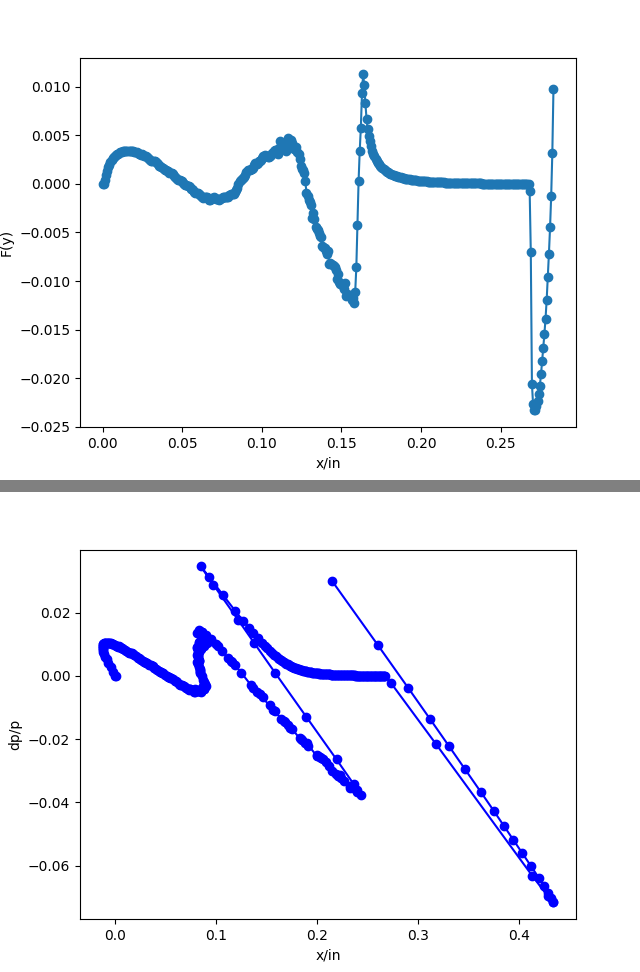
Repository: leiradom/Modified-linear-theory
Script's output: python 2_F_function.py
These files come from the project's save history. The script's output is drawn as it stood at one moment and after the next save; the edit follows.
Each picture stacks the figures in order, with grey between them; figures that are only written to a file come last. Random numbers start from a fixed seed.

Above is the script's output before, as saved 2021-04-09 10:55:52.

### 2_F_function.py
#本程序实现求解无升力构型的F函数
#同时求解出未经修正的压力信号
#F函数是无量纲的

import math
import numpy as np
import matplotlib.pyplot as plt


M = 1.7                    #输入马赫数
P0 = 101325                 #输入大气静压
gama = 1.4                  #比热比
B = math.sqrt(M * M - 1)    #修正因子
k = (1 / math.sqrt(2)) * (gama + 1) * M**4 * B**(-1.5)   #特征性系数k
r0 = 0.63072                      #r0为计算的位置  DWB为63.072  model1为20 2、3为10
con = (gama * M**2)/(math.sqrt(2 * B * r0))

volume = np.loadtxt("se.txt",dtype=np.float64)   #存放体积分布的数据文件
#Lift = np.loadtxt("volume.txt",dtype=np.float64)    #存放升力分布的数据文件
#cau = np.loadtxt("cauchy.txt",dtype=np.float64)      #积分含有哑元的存放

a = len(volume)        #a为b的长度
#print(a)              #检查文件长度

X = np.ones(a)     #存放x的数组
Y = np.ones(a)     #存放y的数组
Y0 = np.ones(a)    #存放含哑元的表达式的值


#提取体积分布数据中的两列数据
for i in range(0,a):
    c = volume[i][0]
    d = volume[i][1]
    #ca = cau[i][1]
    X[i] = c
    Y[i] = d
    #Y0[i] = ca

#print(X)
#print(Y)

#通过变上限积分求解F函数，积分使用梯形公式
F = np.ones(a, dtype=np.float64)   #产生一个长度为a的初始化数组
X1 = np.ones(a, dtype=np.float64)
delta_P = np.ones(a, dtype=np.float64)
X1[0] = 0.0        #强制F的第一个值为0
delta_P[0] = 0.0   #强制F的第一个值为0
F[0] = 0.0         #强制F的第一个值为0


for i in range(1,a):
    #内层积分，积到x
    s = 0
    for j in range(0,i-1):
        s0 =Y[j+1] * ((1 / math.sqrt(X[i]-X[j+1])) + Y[j] * (1 / math.sqrt(X[i]-X[j])) * (X[j + 1] - X[j]) / (2))
        #s0 = (((Y0[j+1] + Y0[j]) * (X[j + 1] - X[j])) / (2))    #第(j+1)个梯形的面积
        s = s0 + s    #S为最后的积分
    #内层积分，积到x
    F[i] = (1/(2 * math.pi)) * s / 1200   #乘以外面的一个
    #print(X[i],F[i])
    delta_P[i] = con * F[i]
    #print(delta_P[i])
    X1[i] = (B * r0 - k * F[i] * math.sqrt(r0) + X[i])
    #print(X1[i]-B * r0,delta_P[i])


#将计算结果输出


#绘制F函数的图像
plt.plot(X, F,'-o')
plt.xlabel("x/in")
plt.ylabel('F(y)')
plt.show()




X0 = np.zeros(a)
for i in range(1,a):
    X0[i] = X1[i] - B * r0

#绘制未修正的过压的图像
plt.plot(X0, delta_P,'-o',c='b')
plt.xlabel("x/in")
plt.ylabel('dp/p')
plt.show()

for i in range(1,a):
    print(X0[i],delta_P[i])

#delta_P = np.ones[a]    #储存过压的数组
#delta_P[i] = P0 * ((gama * M * M)/(math.sqrt(2 * B * r0))) * F[i]

### se.txt
0.0 0.0
0.00071150326 0.08476272949874927
0.0014230065 0.12621862033543882
0.0021345099 0.13317135113415343
0.0028460131 0.12929745575862278
0.0035575163 0.12546016913768077
0.0042690197 0.12098825114300815
0.0049805227 0.1292007264129916
0.0056920261 0.11165751586830149
0.0064035296 0.10032995753137214
0.0071150325 0.09804301882091118
0.007826536 0.09620108939184939
0.0085380394 0.0934503203486448
0.0092495428 0.09123649418380514
0.0099610453 0.10617769437960242
0.010672549 0.07961612372109338
0.011384052 0.07391044961621004
0.012095556 0.0710299239016933
0.012807059 0.0704651113895951
0.013518562 0.06812116661015297
0.014230065 0.058263821938152716
0.014941568 0.052007632081339655
0.015653072 0.06166608891264542
0.016364574 0.051455668556217915
0.017076079 0.04805883073116462
0.017787581 0.04590164869200585
0.018499086 0.045148806638085855
0.019210588 0.04429462046150946
0.019922091 0.04440320345005237
0.020633595 0.035998880136475474
0.021345098 0.024597666338979356
0.022056602 0.014968164971280949
0.022768104 0.016236776220819624
0.023479607 0.02464109953439039
0.024191111 0.03108549990469724
0.024902614 0.02040274354808968
0.025614118 0.01009640821846358
0.026325621 0.019092508819602404
0.027037123 0.007347448891730621
0.027748628 0.0017518055485576914
0.02846013 -0.004147870162510861
0.029171634 -0.012885181307652052
0.029883137 -0.006840728278485408
0.030594639 -0.011822877736363303
0.031306144 0.009124590470946282
0.032017648 0.006893210056294433
0.032729149 -0.0025354127825842603
0.033440653 -0.012251780541116995
0.034152158 -0.02021272331813039
0.034863658 -0.03333316776762746
0.035575163 -0.02465557726620633
0.036286667 -0.01569567099456137
0.036998171 -0.020006415639880464
0.037709672 -0.03101854039509067
0.038421176 -0.03335850379829769
0.039132681 -0.024458318170336002
0.039844181 -0.01811707163917251
0.040555686 -0.02572511970339385
0.04126719 -0.04254281491293951
0.041978691 -0.023937119825293243
0.042690195 -0.025980289726515678
0.0434017 -0.03526232553080319
0.044113204 -0.045651907818363285
0.044824705 -0.05833078144775315
0.045536209 -0.0347375077528601
0.046247713 -0.06184525084372896
0.046959214 -0.04465294432374398
0.047670718 -0.03419278309361567
0.048382223 -0.03310514349166895
0.049093727 -0.04177911456016522
0.049805228 -0.05654278156967707
0.050516732 -0.06890314509934924
0.051228236 -0.05597453059626776
0.051939737 -0.042651397901470156
0.052651241 -0.039223794896353206
0.053362746 -0.04509813457677605
0.054074246 -0.05800503248208763
0.054785751 -0.06979714503839954
0.055497255 -0.04528453537377369
0.05620876 -0.0616896152268195
0.05692026 -0.06841814108383713
0.057631765 -0.06706085372697104
0.058343269 -0.0550262391629644
0.05905477 -0.049577182854345855
0.059766274 -0.06366220618544918
0.060477778 -0.06869683742109932
0.061189279 -0.0570386438840496
0.061900783 -0.07591217701009761
0.062612288 -0.05754174506429637
0.063323788 -0.04341147882130732
0.064035296 -0.03629024448909116
0.064746797 -0.03557721619760829
0.065458298 -0.06885428275450187
0.066169806 -0.0758307397686935
0.066881306 -0.05852804054358669
0.067592807 -0.026823617604225518
0.068304315 -0.011176808954499262
0.069015816 -0.017686359117913462
0.069727316 -0.03915864510319067
0.070438825 -0.048245231528186786
0.071150325 -0.04407202533498117
0.071861833 -0.03684220801420984
0.072573334 -0.045479984753138664
0.073284835 -0.02280604702792936
0.073996343 -0.0019635423762623533
0.074707843 -0.0035796191890892885
0.075419344 -0.02004080025295482
0.076130852 -0.028298536531965065
0.076842353 -0.010400440586371466
0.077553853 -0.025071812055667827
0.078265361 -0.011902505261262068
0.078976862 0.008822367819482431
0.079688363 0.018670844880759745
0.080399871 0.004397611036165687
0.081111372 -0.01119309640276537
0.081822872 -0.011006695605767728
0.08253438 0.018947731501528838
0.083245881 0.04100455590853051
0.083957382 0.06447838831603249
0.08466889 0.08669627748932479
0.08538039 0.09423736604398861
0.086091898 0.06924880094619347
0.086803399 0.061150319717054334
0.0875149 0.060949441188234615
0.088226408 0.0599667651418569
0.088937908 0.07561900294103789
0.089649409 0.09882318759359597
0.090360917 0.10266521567175492
0.091072418 0.054394648112910164
0.091783918 0.05222117862546076
0.092495427 0.061045356161460805
0.093206927 0.050114668647666984
0.093918428 0.07093364698516912
0.094629936 0.10354835731192027
0.095341437 0.09913626854395705
0.096052937 0.04207228862922495
0.096764445 0.06596416554263246
0.097475946 0.09901139810713576
0.098187454 0.06013687849058843
0.098898955 0.06737574439377614
0.099610455 0.09987825229901048
0.100322 0.10557885919776468
0.1010335 0.0832107635569686
0.101745 0.06366582561838631
0.1024565 0.05586594760771259
0.103168 0.038203114804013054
0.1038795 0.04084530085863487
0.104591 0.059250117417461425
0.1053025 0.0798265937472443
0.106014 0.09453958869541568
0.1067255 0.1069723408841001
0.107437 0.0867759050143094
0.1081485 0.06386489443071293
0.10886 0.0013934816863599554
0.1095715 0.023381536867237443
0.110283 0.16352598075266211
0.1109945 0.21016237433384716
0.111706 -0.047360280171454765
0.1124175 0.03699060476514695
0.113129 0.0794827476168441
0.1138405 0.00646068781861588
0.114552 0.011473602456496111
0.1152635 0.15259529323884377
0.115975 0.22585261617901511
0.1166865 0.06214566377871198
0.117398 0.08131056125735117
0.1181095 -0.003818501763920481
0.118821 -0.03831169779249465
0.1195325 -0.012432752188758004
0.120244 0.04189493641466822
0.1209556 0.04971291159000303
0.1216671 -0.06549363925899149
0.1223786 -0.023689188668045664
0.1230901 -0.10563315069209131
0.1238016 -0.15641379500276426
0.1245131 -0.12079857475921806
0.1252246 -0.05640886255041488
0.1259361 -0.10671898057754495
0.1266476 -0.22096638169427757
0.1273591 -0.347013134233319
0.1280706 -0.18734184957409572
0.1287821 -0.21184541065632972
0.1294936 -0.18949541218026833
0.1302051 -0.19011071578208097
0.1309166 -0.39274466957654425
0.1316281 -0.08713784830946879
0.1323396 -0.25346888959953645
0.1330511 -0.30663835965837416
0.1337626 -0.23470212974559954
0.1344741 -0.19814585693452613
0.1351856 -0.21001759701582265
0.1358971 -0.21788986368545957
0.1366086 -0.20236249632314893
0.1373201 -0.3475379520112621
0.1380316 -0.21074148360614142
0.1387431 -0.19892403501914702
0.1394546 -0.24577759457744242
0.1401661 -0.23671091503369857
0.1408776 -0.1240922587451464
0.1415891 -0.40673377793444593
0.1423007 -0.2121711596219462
0.1430122 -0.21220735395151363
0.1437237 -0.20853362950561766
0.1444352 -0.1931329422966459
0.1451467 -0.19345869126226237
0.1458582 -0.2340868261437869
0.1465697 -0.3527137411320977
0.1472812 -0.11357780602071596
0.1479927 -0.3444252396729257
0.1487042 -0.243316380170388
0.1494157 -0.20095091747202976
0.1501272 -0.23768816193064607
0.1508387 -0.26492439489134695
0.1515502 -0.06562031941228133
0.1522617 -0.41663292705701466
0.1529732 -0.187088489267467
0.1536847 -0.22592500483800285
0.1543962 -0.18703419777321392
0.1551077 -0.19702383271957863
0.1558192 -0.2659197389530046
0.1565307 -0.16182484726542037
0.1572422 -0.26935820025700646
0.1579537 0.01952684077379857
0.1586652 0.38823847555184793
0.1593767 0.9035154282714578
0.1600882 1.141858707566323
0.1607997 1.0367992369971202
0.1615112 0.9645951690459194
0.1622227 1.2333127296705289
0.1629342 1.0074112511467153
0.1636457 0.3974734587278547
0.1643573 0.08726090902974792
0.1650688 -0.015683002979195598
0.1657803 -0.010956023544451791
0.1664918 0.002949837855528145
0.1672033 0.029943568808485196
0.1679148 -0.008824177535975518
0.1686263 -0.01773341174629228
0.1693378 -0.0033081617177504073
0.1700493 0.005335044170633156
0.1707608 0.0029480281390595834
0.1714723 -0.0006840728278387303
0.1721838 0.0
0.1728953 0.0
0.1736068 0.0
0.1743183 0.0
0.1750298 0.0
0.1757413 0.0
0.1764528 0.0
0.1771643 0.0
0.1778758 0.0
0.1785873 0.0
0.1792988 0.0
0.1800103 0.0
0.1807218 0.0
0.1814333 0.0
0.1821448 0.0
0.1828563 0.0
0.1835678 0.0
0.1842794 0.0
0.1849909 0.0
0.1857024 0.0
0.1864139 0.0
0.1871254 0.0
0.1878369 0.0
0.1885484 0.0
0.1892599 0.0
0.1899714 0.0
0.1906829 0.0
0.1913944 0.0
0.1921059 0.0
0.1928174 0.0
0.1935289 0.0
0.1942404 0.0
0.1949519 0.0
0.1956634 0.0
0.1963749 0.0
0.1970864 0.0
0.1977979 0.0
0.1985094 0.0
0.1992209 0.0
0.1999324 0.0
0.2006439 0.0
0.2013554 0.0
0.2020669 0.0
0.2027784 0.0
0.2034899 0.0
0.2042014 0.0
0.2049129 0.0
0.2056244 0.0
0.2063359 0.0
0.2070474 0.0
0.2077589 0.0
0.2084705 0.0
0.209182 0.0
0.2098935 0.0
0.210605 0.0
0.2113165 0.0
0.212028 0.0
0.2127395 0.0
0.213451 0.0
0.2141625 0.0
0.214874 0.0
0.2155855 0.0
0.216297 0.0
0.2170085 0.0
0.21772 0.0
0.2184315 0.0
0.219143 0.0
0.2198545 0.0
0.220566 0.0
0.2212775 0.0
0.221989 0.0
0.2227005 0.0
0.223412 0.0
0.2241235 0.0
0.224835 0.0
0.2255465 0.0
0.226258 0.0
0.2269695 0.0
0.227681 0.0
0.2283925 0.0
0.2291041 0.0
0.2298156 0.0
0.2305271 0.0
0.2312386 0.0
0.2319501 0.0
0.2326616 0.0
0.2333731 0.0
0.2340846 0.0
0.2347961 0.0
0.2355076 0.0
0.2362191 0.0
0.2369306 0.0
0.2376421 0.0
0.2383536 0.0
0.2390651 0.0
0.2397766 0.0
0.2404881 0.0
0.2411996 0.0
0.2419111 0.0
0.2426226 0.0
0.2433341 0.0
0.2440456 0.0
0.2447571 0.0
0.2454686 0.0
0.2461801 0.0
0.2468916 0.0
0.2476031 0.0
0.2483146 0.0
0.2490261 0.0
0.2497377 0.0
0.2504492 0.0
0.2511607 0.0
0.2518722 0.0
0.2525837 0.0
0.2532952 0.0
0.2540067 0.0
0.2547182 0.0
0.2554297 0.0
0.2561412 0.0
0.2568527 0.0
0.2575642 0.0
0.2582757 0.0
0.2589872 0.0
0.2596987 0.0
0.2604102 0.0
0.2611217 0.0
0.2618332 0.0
0.2625447 0.0
0.2632562 0.0
0.2639677 0.0
0.2646792 0.0
0.2653907 0.0
0.2661022 0.0
0.2668137 0.0
0.2675252 -0.14586857709834375
0.2682367 -1.3130017849655737
0.2689482 -3.1238656210042075
0.2696597 -1.520456823451661
0.2703712 -1.0871401202042403
0.2710827 -0.8245701664479103
0.2717943 -0.6435188913436989
0.2725058 -0.511382442863691
0.2732173 -0.4093759639891168
0.2739288 -0.2910784173994822
0.2746403 -0.17172218667152053
0.2753518 -0.04729151094542868
0.2760633 0.022509253525920248
0.2767748 0.0888009777506868
0.2774863 0.1869057079034126
0.2781978 0.3141016304045342
0.2789093 0.4755102428804992
0.2796208 0.5907964212544231
0.2803323 0.718390119436903
0.2810438 0.925251751890543
0.2817553 1.261463231394779
0.2824668 1.8610291948447568
0.2831783 2.976652026426724

After the next save:
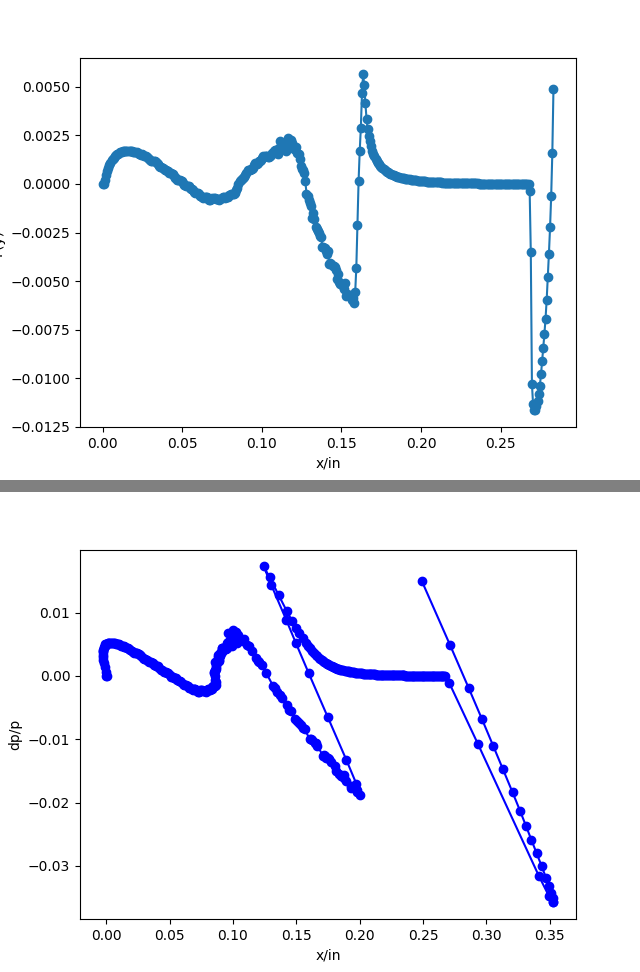
Saved 85 min 44 s later.
--- a/2_F_function.py
+++ b/2_F_function.py
@@ -52,7 +52,7 @@ for i in range(1,a):
     #内层积分，积到x
     s = 0
     for j in range(0,i-1):
-        s0 =Y[j+1] * ((1 / math.sqrt(X[i]-X[j+1])) + Y[j] * (1 / math.sqrt(X[i]-X[j])) * (X[j + 1] - X[j]) / (2))
+        s0 =(Y[j+1] * ((1 / math.sqrt(X[i]-X[j+1])) + Y[j] * (1 / math.sqrt(X[i]-X[j])) * (X[j + 1] - X[j])) / (2))
         #s0 = (((Y0[j+1] + Y0[j]) * (X[j + 1] - X[j])) / (2))    #第(j+1)个梯形的面积
         s = s0 + s    #S为最后的积分
     #内层积分，积到x
